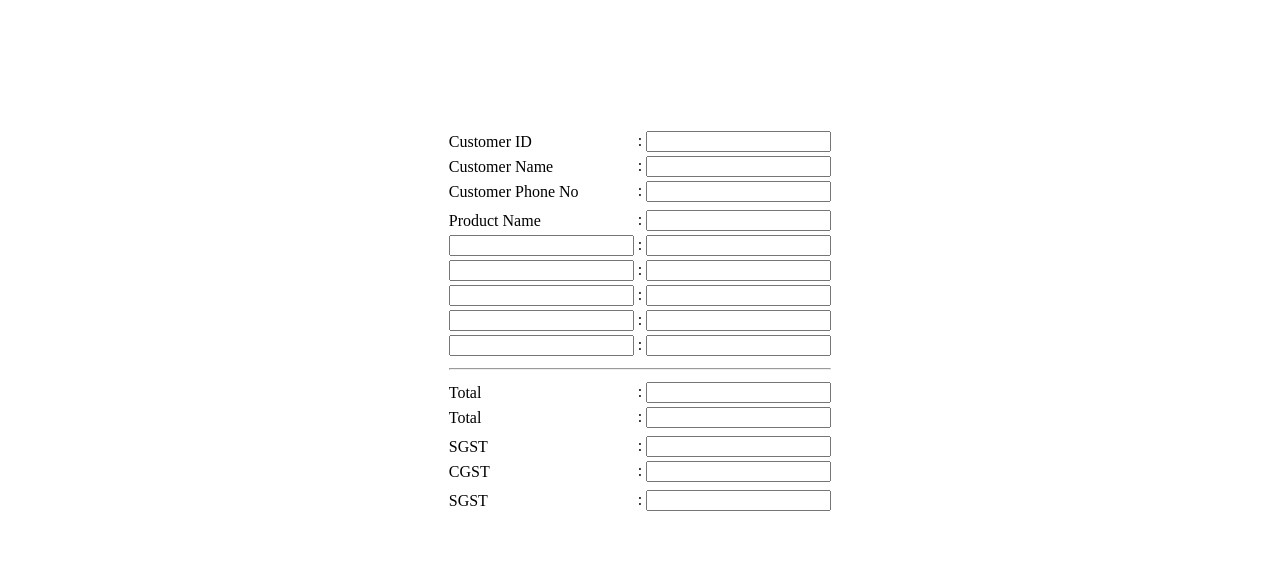
Repository: gajanansp07/Advance_Java_Practice
Page: http://localhost/JspPro/JspTest.jsp
The author's editor kept a copy of each file at every save. The page is drawn from the files as they stood at one save, then again after the next save.
The browser window is 1280 px wide. The pictures show the whole page.
The page is served by Tomcat 9.

Above is the page before, as saved 2022-03-13 14:34:02.

After the next save:
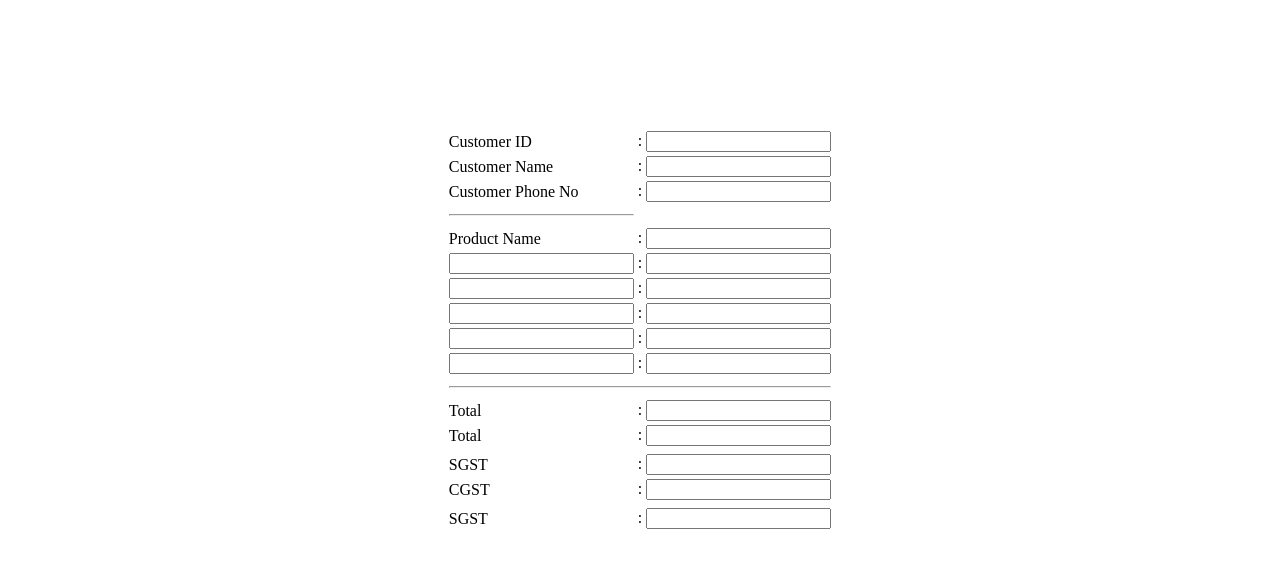
Saved 17 s later.
--- a/JspPro/src/main/webapp/JspTest.jsp
+++ b/JspPro/src/main/webapp/JspTest.jsp
@@ -25,7 +25,7 @@
 	<tr><td>Customer ID</td><td> :  <input type="text" name="cname" id="cname"> </td></tr>
 	<tr><td>Customer Name</td><td> :  <input type="text" name="cname" id="cname"> </td></tr>
 	<tr><td>Customer Phone No</td><td> :  <input type="text" name="cname" id="cname"> </td></tr>
-	<tr><td></td> </tr>
+	<tr><td><hr /></td> </tr>
 	<tr><td>Product Name</td><td> :  <input type="text" name="cname" id="cname"> </td></tr>
 	<tr><td> <input type="text" name="cname" id="cname"></td><td> :  <input type="text" name="cname" id="cname"> </td></tr>
 	<tr><td> <input type="text" name="cname" id="cname"></td><td> :  <input type="text" name="cname" id="cname"> </td></tr>
